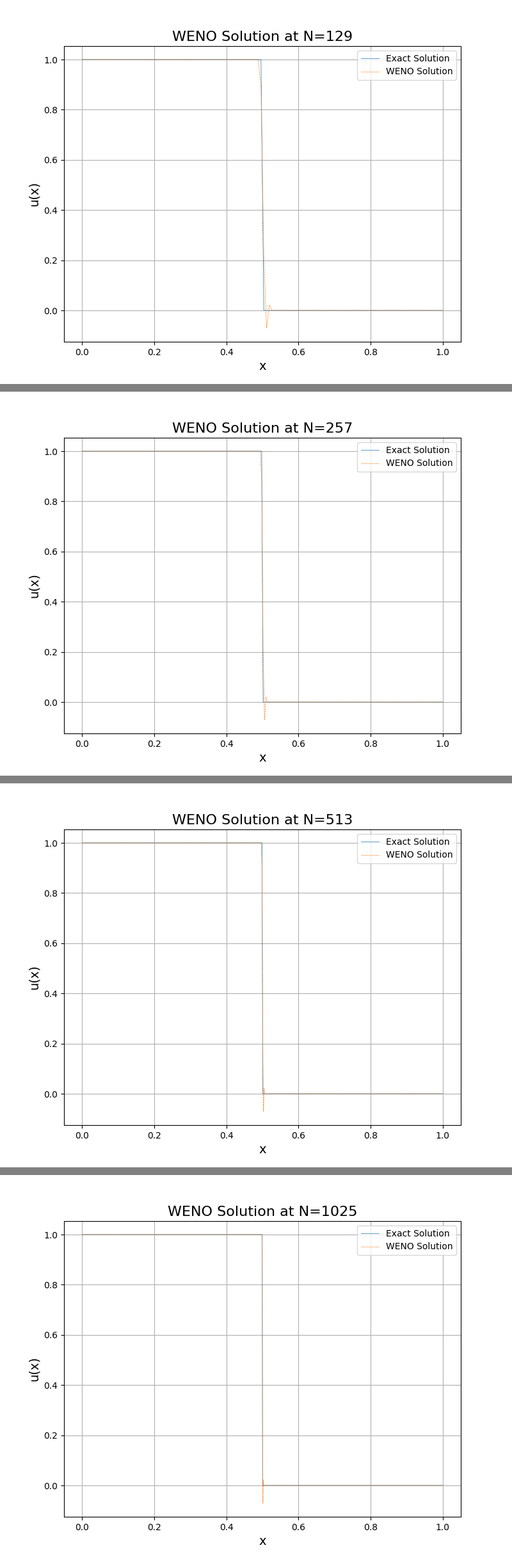
Repository: mishiroo/WENO
Script's output: python main.py
An editor plug-in stored every save of this project. The script's output is shown before and after the next save, followed by the edit.
The pictures are shown at 64% of full size.
Each picture stacks the figures in order, with grey between them; figures that are only written to a file come last. Random numbers start from a fixed seed.

Above is the script's output before, as saved 2024-12-13 18:53:55.

After the next save:
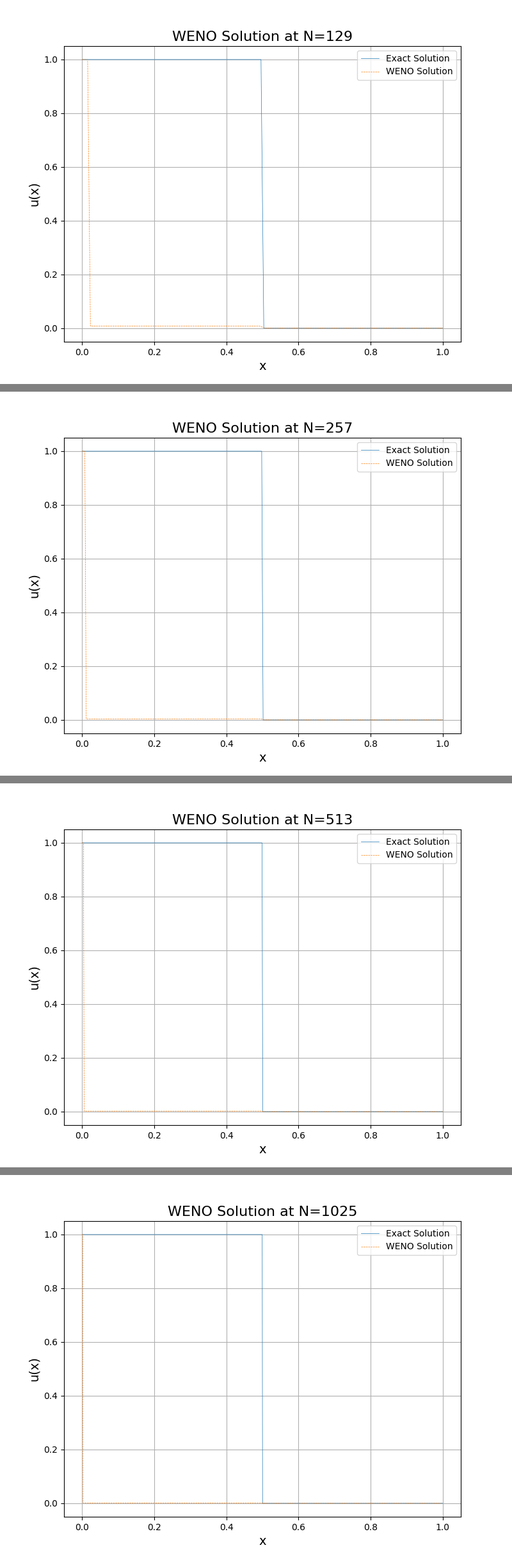
Saved 2 s later.
--- a/main.py
+++ b/main.py
@@ -17,7 +17,7 @@ for n in NList:
     test_case = TestCase.TestCase(mesh)
     # 用户只需要实现需要的函数即可
     theo_values = test_case.getTheoValues(TestCase.shockwave_fun)
-    avg_values = test_case.getAverageValues(TestCase.shockwave_fun)
+    avg_values = test_case.shockwave_avg()
 
     # 实例化
     weno = WENO.WENO1D(mesh=mesh.mesh, avg_values=avg_values, k=3)
